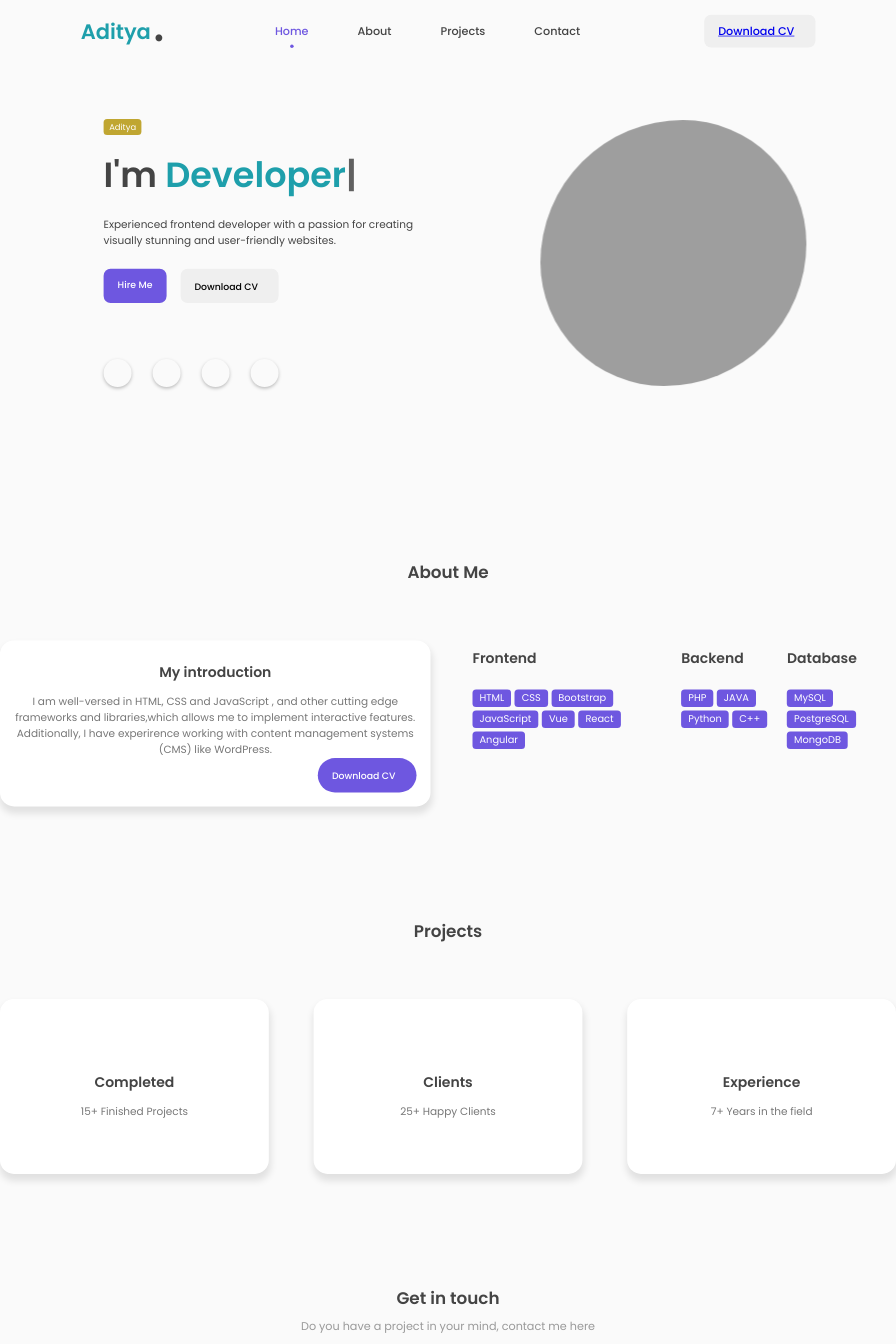
Repository: 4Kbrain/Portofolio
Page: index.html
An editor plug-in stored every save of this project. The page is shown before and after the next save, followed by the edit.
The browser window is 1280 px wide. The pictures show the part of the page from y = 0 to 1920 px (the page is 2767 px tall), at 70% of full size.
Pictures or frames that could not be fetched are drawn as grey boxes. Some icons come from a web library that is not loaded, so they are not drawn.

Above is the page before, as saved 2024-05-15 08:59:52.

### index.html
<!DOCTYPE html>
<html lang="en">

<head>
    <meta charset="UTF-8">
    <meta name="viewport" content="width=device-width, initial-scale=1.0">
    <link rel="stylesheet" href="https://unicons.iconscout.com/release/v4.0.8/css/line.css">
    <link rel="stylesheet" href="assets/css/style.css">
    <link rel="shortcut icon" href="assets/images/favicon.png" type="image/x-icon">

    <title>Portfolio | Aditya</title>
</head>

<body>
    <div class="container">
        <!-- header -->
        <nav id="header">
            <div class="nav-logo">
                <p class="nav-name">Aditya</p>
                <span>.</span>
            </div>
            <div class="nav-menu" id="myNavMenu">
                <ul class="nav_menu_list">
                    <li class="nav_list">
                        <a href="#home" class="nav-link active-link">Home</a>
                        <div class="circle"></div>
                    </li>
                    <li class="nav_list">
                        <a href="#about" class="nav-link">About</a>
                        <div class="circle"></div>
                    </li>
                    <li class="nav_list">
                        <a href="#projects" class="nav-link">Projects</a>
                        <div class="circle"></div>
                    </li>
                    <li class="nav_list">
                        <a href="#contact" class="nav-link">Contact</a>
                        <div class="circle"></div>
                    </li>
                </ul>
            </div>
            <div class="nav-button">
                <a id="downloadCVButton" href="assets/CV/Aditya%20CV.pdf" download="CV.pdf" class="btn">Download CV <i
                        class="uil uil-file-alt"></i></a>
            </div>
            <div class="nav-menu-btn">
                <i class="uil uil-bars" onclick="myMenuFunction()"></i>
            </div>
        </nav>


        <!-- -------------- MAIN ---------------- -->
        <main class="wrapper">
            <!-- -------------- FEATURED BOX ---------------- -->
            <section class="featured-box" id="home">
                <div class="featured-text">
                    <div class="featured-text-card">
                        <span>Aditya</span>
                    </div>
                    <div class="featured-name">
                        <p>I'm <span class="typedText"></span></p>
                    </div>
                    <div class="featured-text-info">
                        <p>Experienced frontend developer with a passion for creating visually stunning
                            and user-friendly websites.
                        </p>
                    </div>
                    <div class="featured-text-btn">
                        <button class="btn blue-btn">Hire Me</button>
                        <button class="btn">Download CV <i class="uil uil-file-alt"></i></button>
                    </div>
                    <div class="social_icons">
                        <div class="icon"><a href="https://instagram.com"><i class="uil uil-instagram"></i></a></div>
                        <div class="icon"><a href="https://linkedin.com"><i class="uil uil-linkedin-alt"></i></a></div>
                        <div class="icon"><a href="https://dribbble.com"><i class="uil uil-dribbble"></i></a></div>
                        <div class="icon"><a href="https://github.com/4Kbrain"><i class="uil uil-github-alt"></i></a></div>

                    </div>
                </div>
                <div class="featured-image">
                    <div class="image">
                        <img src="assets/images/avatar.png" alt="avatar">
                    </div>
                </div>
                <!-- <div c
         -->
    </div>

    </section>
    <!-- -------------- ABOUT BOX ---------------- -->
    <section class="section" id="about">
        <div class="top-header">
            <h1>About Me</h1>
        </div>
        <div class="row">
            <div class="col">
                <div class="about-info">
                    <h3>My introduction</h3>
                    <p>I am well-versed in HTML, CSS and JavaScript , and other cutting edge
                        frameworks and libraries,which allows me to implement interactive features.
                        Additionally, I have experirence working with content management systems (CMS) like
                        WordPress.
                    </p>
                    <div class="about-btn">
                        <button class="btn">Download CV <i class="uil uil-import"></i></button>
                    </div>
                </div>
            </div>
            <div class="col">
                <div class="skills-box">
                    <div class="skills-header">
                        <h3>Frontend</h3>
                    </div>
                    <div class="skills-list">
                        <span>HTML</span>
                        <span>CSS</span>
                        <span>Bootstrap</span>
                        <span>JavaScript</span>
                        <span>Vue</span>
                        <span>React</span>
                        <span>Angular</span>
                    </div>
                </div>
                <div class="skills-box">
                    <div class="skills-header">
                        <h3>Backend</h3>
                    </div>
                    <div class="skills-list">
                        <span>PHP</span>
                        <span>JAVA</span>
                        <span>Python</span>
                        <span>C++</span>
                    </div>
                </div>
                <div class="skills-box">
                    <div class="skills-header">
                        <h3>Database</h3>
                    </div>
                    <div class="skills-list">
                        <span>MySQL</span>
                        <span>PostgreSQL</span>
                        <span>MongoDB</span>
                    </div>
                </div>
            </div>
        </div>
    </section>

    <!-- -------------- PROJECT BOX ---------------- -->

    <section class="section" id="projects">
        <div class="top-header">
            <h1>Projects</h1>
        </div>
        <div class="project-container">
            <div class="project-box">
                <i class="uil uil-briefcase-alt"></i>
                <h3>Completed</h3>
                <label>15+ Finished Projects</label>
            </div>
            <div class="project-box">
                <i class="uil uil-users-alt"></i>
                <h3>Clients</h3>
                <label>25+ Happy Clients</label>
            </div>
            <div class="project-box">
                <i class="uil uil-award"></i>
                <h3>Experience</h3>
                <label>7+ Years in the field</label>
            </div>
        </div>
    </section>

    <!-- -------------- CONTACT BOX ---------------- -->

    <section class="section" id="contact">
        <div class="top-header">
            <h1>Get in touch</h1>
            <span>Do you have a project in your mind, contact me here</span>
        </div>
        <div class="row">
            <div class="col">
                <div class="contact-info">
                    <h2>Find Me <i class="uil uil-corner-right-down"></i></h2>
                    <p><i class="uil uil-envelope"></i> Email: john@Aditya.com</p>
                    <p><i class="uil uil-phone"></i> Tel: +250 708 770 000</p>
                </div>
            </div>
            <div class="col">
                <div class="form-control">
                    <div class="form-inputs">
                        <input type="text" class="input-field" placeholder="Name">
                        <input type="text" class="input-field" placeholder="Email">
                    </div>
                    <div class="text-area">
                        <textarea placeholder="Message"></textarea>
                    </div>
                    <div class="form-button">
                        <button class="btn">Send <i class="uil uil-message"></i></button>
                    </div>
                </div>
            </div>
        </div>
    </section>

    </main>


    <!-- --------------- FOOTER --------------- -->
    <footer>
        <div class="top-footer">
            <p>Aditya .</p>
        </div>
        <div class="middle-footer">
            <ul class="footer-menu">
                <li class="footer_menu_list">
                    <a href="#home">Home</a>
                </li>
                <li class="footer_menu_list">
                    <a href="#about">About</a>
                </li>
                <li class="footer_menu_list">
                    <a href="#projects">Projects</a>
                </li>
                <li class="footer_menu_list">
                    <a href="#contact">Contact</a>
                </li>
            </ul>
        </div>
        <div class="footer-social-icons">
            <div class="icon"><i class="uil uil-instagram"></i></div>
            <div class="icon"><i class="uil uil-linkedin-alt"></i></div>
            <div class="icon"><i class="uil uil-dribbble"></i></div>
            <div class="icon"><i class="uil uil-github-alt"></i></div>
        </div>
        <div class="bottom-footer">
            <p>Copyright &copy; <a href="#home" style="text-decoration: none;">Aditya</a> - All rights reserved</p>
        </div>
    </footer>

    </div>



    <script src="https://unpkg.com/typed.js@2.0.16/dist/typed.umd.js"></script>
    <script src="https://unpkg.com/scrollreveal"></script>
    <script src="assets/js/script.js"></script>
</body>

</html>

### assets/css/style.css
/* ----- POPPINS FONT Link ----- */
@import url('https://fonts.googleapis.com/css2?family=Poppins:wght@400;500;600;700&display=swap');

/* ----- VARIABLES ----- */
:root{
    --body-color: rgb(250, 250, 250);
    --color-white: rgb(255, 255, 255);

    --text-color-second: rgb(68, 68, 68);
    --text-color-third: rgb(30, 159, 171);

    --first-color: rgb(110, 87, 224);
    --first-color-hover: rgb(40, 91, 212);

    --second-color: rgb(0, 201, 255);
    --third-color: rgb(192, 166, 49);
    --first-shadow-color: rgba(0, 0, 0, 0.1);

}

*{
    margin: 0;
    padding: 0;
    box-sizing: border-box;
    font-family: 'Poppins', sans-serif;
}

html{
    scroll-behavior: smooth;
}

/* webkit scrollbar */
::-webkit-scrollbar{
    width: 10px;
    border-radius: 25px;
}
::-webkit-scrollbar-track{
    background: #f1f1f1;
}
::-webkit-scrollbar-thumb{
    background: #ccc;
    border-radius: 30px;
}
::-webkit-scrollbar-thumb:hover{
    background: #bbb;
}


.btn{
    font-weight: 500;
    padding: 12px 20px;
    background: #efefef;
    border: none;
    border-radius: 10px;
    cursor: pointer;
    transition: .4s;
}
.btn>i{
    margin-left: 10px;
}
.btn:hover{
    background: var(--second-color);
    color: var(--color-white);
}

/* ----- GLOBAL ICONS DESIGN ----- */
i{
    font-size: 16px;
}

/* ------- BASE -------- */
body{
    background: var(--body-color);
    overflow-x: hidden;
}
.container{
    width: 100%;
    position: relative;
}

/* ----- NAVIGATION BAR ----- */
nav{
    position: fixed;
    display: flex;
    justify-content: space-between;
    width: 100%;
    height: 90px;
    line-height: 90px;
    background: var(--body-color);
    padding-inline: 9vw;
    transition: .3s;
    z-index: 100;
}
.nav-logo{
   position: relative;
}
.nav-name{
    font-size: 30px;
    font-weight: 600;
    color: var(--text-color-third);
}
.nav-logo span{
    position: absolute;
    top: -15px;
    right: -20px;
    font-size: 5em;
    color: var(--text-color-second);
}
.nav-menu, .nav_menu_list{
    display: flex;
}
.nav-menu .nav_list{
    list-style: none;
    position: relative;
}
.nav-link{
    text-decoration: none;
    color: var(--text-color-second);
    font-weight: 500;
    padding-inline: 15px;
    margin-inline: 20px;
}
.nav-menu-btn{
    display: none;
}
.nav-menu-btn i{
    font-size: 28px;
    cursor: pointer;
}
.active-link{
    position: relative;
    color: var(--first-color);
    transition: .3;
}
.active-link::after{
    content: '';
    position: absolute;
    left: 50%;
    bottom: -15px;
    transform: translate(-50%, -50%);
    width: 5px;
    height: 5px;
    background: var(--first-color);
    border-radius: 50%;
}


/* ----- WRAPPER DESIGN ----- */
.wrapper{
    padding-inline: 10vw;
}

/* ----- FEATURED BOX ----- */
.featured-box{
    position: relative;
    display: flex;
    height: 100vh;
    min-height: 700px;
}

/* ----- FEATURED TEXT BOX ----- */
.featured-text{
    position: relative;
    display: flex;
    justify-content: center;
    align-content: center;
    min-height: 80vh;
    flex-direction: column;
    width: 50%;
    padding-left: 20px;
}
.featured-text-card span{
    background: var(--third-color);
    color: var(--color-white);
    padding: 3px 8px;
    font-size: 12px;
    border-radius: 5px;
}
.featured-name{
    font-size: 50px;
    font-weight: 600;
    color: var(--text-color-second);
    margin-block: 20px;
}
.typedText{
    text-transform: capitalize;
    color: var(--text-color-third);
}
.featured-text-info{
    font-size: 15px;
    margin-bottom: 30px;
    color: var(--text-color-second);
}
.featured-text-btn{
    display: flex;
    gap: 20px;
}
.featured-text-btn>.blue-btn{
    background: var(--first-color);
    color: var(--color-white);
}
.featured-text-btn>.blue-btn:hover{
    background: var(--first-color-hover);
}
.social_icons{
    display: flex;
    margin-top: 5em;
    gap: 30px;
}
.icon{
    display: flex;
    justify-content: center;
    align-items: center;
    width: 40px;
    height: 40px;
    border-radius: 50%;
    box-shadow: 0px 2px 5px 0px rgba(0, 0, 0, 0.25);
    cursor: pointer;
}
.icon:hover{
    color: var(--first-color);
}

/* ----- FEATURED IMAGE BOX ----- */
.featured-image{
    display: flex;
    justify-content: right;
    align-content: center;
    min-height: 80vh;
    width: 50%;
}
.image{
    margin: auto 0;
    width: 380px;
    height: 380px;
    border-radius: 55% 45% 55% 45%;
    overflow: hidden;
    animation: imgFloat 7s ease-in-out infinite;
}
.image img{
    width: 380px;
    height: 380px;
    object-fit: cover;
}
@keyframes imgFloat {
    50%{
        transform: translateY(10px);
        border-radius: 45% 55% 45% 55%;
    }
}
.scroll-btn{
   position: absolute;
   bottom: 0;
   left: 50%;
   translate: -50%;
   display: flex;
   justify-content: center;
   align-items: center;
   width: 150px;
   height: 50px;
   gap: 5px;
   text-decoration: none;
   color: var(--text-color-second);
   background: var(--color-white);
   border-radius: 30px;
   box-shadow: 0 2px 5px 0 rgba(0, 0, 0, 0.25);
}
.scroll-btn i{
    font-size: 20px;
}

/* ----- MAIN BOX ----- */
.section{
    padding-block: 5em;
}
.row{
    display: flex;
    justify-content: space-between;
    width: 100%;
    gap: 50px;
}
.col{
    display: flex;
    width: 50%;
}

/* -- ## --- RESUABLE CSS -- ## -- */
.top-header{
    text-align: center;
    margin-bottom: 5em;
}
.top-header h1{
    font-weight: 600;
    color: var(--text-color-second);
    margin-bottom: 10px;
}
.top-header span{
    color: #999;
}
h3{
    font-size: 20px;
    font-weight: 600;
    color: var(--text-color-second);
    margin-bottom: 15px;
}

/* ----- ABOUT INFO ----- */
.about-info{
    position: relative;
    display: flex;
    align-items: center;
    flex-direction: column;
    padding-block: 30px 70px;
    padding-inline: 20px;
    width: 100%;
    background: var(--color-white);
    box-shadow: 1px 8px 10px 2px var(--first-shadow-color);
    border-radius: 20px;
}
.about-info p{
    text-align: center;
    font-size: 15px;
    color: #777;
}
.about-btn button{
    position: absolute;
    right: 20px;
    bottom: 20px;
    background: var(--first-color);
    color: var(--color-white);
    border-radius: 30px;
}
.about-btn button:hover{
    background: var(--first-color-hover);
}

/* ----- ABOUT / SKILLS BOX ----- */
.skills-box{
    margin: 10px;
}
.skills-header{
    margin-bottom: 30px;
}
.skills-list{
    display: flex;
    flex-wrap: wrap;
    gap: 5px;
}
.skills-list span{
    font-size: 14px;
    background: var(--first-color);
    color: var(--color-white);
    padding: 2px 10px;
    border-radius: 5px;
}

/* ----- PROJECTS BOX ----- */
.project-container{
    display: flex;
    width: 100%;
    justify-content: space-between;
    gap: 20px;
    flex-wrap: wrap;
}
.project-box{
    position: relative;
    display: flex;
    justify-content: center;
    align-items: center;
    flex-direction: column;
    width: 30%;
    height: 250px;
    background: var(--color-white);
    border-radius: 20px;
    box-shadow: 1px 8px 10px 2px var(--first-shadow-color);
    overflow: hidden;
}
.project-box>i{
    font-size: 50px;
    color: #00B5E7;
    margin-bottom: 25px;
}
.project-box label{
    font-size: 15px;
    color: #777;
}
.project-box::after, .contact-info::after{
    content: "";
    position: absolute;
    bottom: -100%;
    background: var(--second-color);
    width: 100%;
    height: 100%;
    transition: .4s;
    z-index: 1;
}
.project-box:hover.project-box::after,
.contact-info:hover.contact-info::after{
    bottom: 0;
}
.project-box:hover.project-box i,
.project-box:hover.project-box>h3,
.project-box:hover.project-box>label{
    color: var(--color-white);
    z-index: 2;
}

/* ----- CONTACT BOX ----- */
.contact-info{
    position: relative;
    display: flex;
    flex-direction: column;
    justify-content: center;
    align-items: center;
    padding: 20px 30px;
    width: 100%;
    height: 315px;
    background: var(--second-color);
    border-radius: 10px;
    box-shadow: 1px 8px 10px 2px var(--first-shadow-color);
    overflow: hidden;
}
.contact-info>h2{
    color: var(--color-white);
    margin-bottom: 20px;
}
.contact-info>p{
    display: flex;
    align-items: center;
    gap: 10px;
    color: var(--color-white);
    margin-block: 5px;
}
.contact-info p>i{
    font-size: 18px;
}
.contact-info::after{
    background: var(--color-white);
}
.contact-info:hover.contact-info h2,
.contact-info:hover.contact-info p,
.contact-info:hover.contact-info i{
    color: #777;
    z-index: 2;
}

/* ----- CONTACT FORM ----- */
.form-control{
    display: flex;
    flex-direction: column;
    gap: 10px;
    width: 100%;
}
.form-inputs{
    display: flex;
    gap: 10px;
    width: 100%;
}
.input-field{
    width: 50%;
    height: 55px;
    background: transparent;
    border: 2px solid #AAA;
    border-radius: 10px;
    padding-inline: 20px;
    outline: none;
}
textarea{
    width: 100%;
    height: 250px;
    background: transparent;
    border: 2px solid #AAA;
    border-radius: 10px;
    padding: 15px 20px;
    outline: none;
    resize: none;
}
.form-button>.btn{
    display: flex;
    align-items: center;
    justify-content: center;
    background: var(--second-color);
    color: var(--color-white);
}
.form-button>.btn:hover{
    background: #00B5E7;
}
.form-button i{
    font-size: 18px;
    rotate: -45deg;
}

/* ----- FOOTER BOX ----- */
footer{
    display: flex;
    justify-content: center;
    align-items: center;
    flex-direction: column;
    row-gap: 30px;
    background: #F8F8F8;
    padding-block: 40px 60px;
}
.top-footer p{
    font-size: 25px;
    font-weight: 600;
}
.middle-footer .footer-menu{
    display: flex;
}
.footer_menu_list{
    list-style: none;
}
.footer_menu_list a{
    text-decoration: none;
    color: var(--text-color-second);
    font-weight: 500;
    margin-inline: 20px;
}
.footer-social-icons{
    display: flex;
    gap: 30px;
}
.bottom-footer{
    font-size: 14px;
    margin-top: 10px;
}


/* ----- MEDIA QUERY == 1024px / RESPONSIVE ----- */
@media only screen and (max-width: 1024px){
    .featured-text{
        padding: 0;
    }
    .image, .image img{
        width: 320px;
        height: 320px;
    }
}

/* ----- MEDIA QUERY == 900px / RESPONSIVE ----- */
@media only screen and (max-width: 900px) {
    .nav-button{
        display: none;
    }
    .nav-menu.responsive{
        left: 0;
    }
    .nav-menu{
        position: fixed;
        top: 80px;
        left: -100%;
        flex-direction: column;
        justify-content: center;
        align-items: center;
        background: rgba(255, 255, 255, 0.7);
        backdrop-filter: blur(20px);
        width: 100%;
        min-height: 450px;
        height: 90vh;
        transition: .3s;
    }
    .nav_menu_list{
        flex-direction: column;
    }
    .nav-menu-btn{
        display: flex;
        align-items: center;
        justify-content: center;
    }
    .featured-box{
        flex-direction: column;
        justify-content: center;
        height: 100vh;
    }
    .featured-text{
        width: 100%;
        order: 2;
        justify-content: center;
        align-content: flex-start;
        min-height: 60vh;
    }
    .social_icons{
        margin-top: 2em;
    }
    .featured-image{
        order: 1;
        justify-content: center;
        min-height: 150px;
        width: 100%;
        margin-top: 65px;
    }
    .image, .image img{
        width: 150px;
        height: 150px;
    }
    .row{
        display: flex;
        flex-direction: column;
        justify-content: center;
        gap: 50px;
    }
    .col{
        display: flex;
        justify-content: center;
        width: 100%;
    }
    .about-info, .contact-info{
        width: 100%;
    }
    .project-container{
        justify-content: center;
    }
    .project-box{
        width: 80%;
    }

}

/* ----- MEDIA QUERY == 540px / RESPONSIVE ----- */

@media only screen and (max-width: 540px){
    .featured-name{
        font-size: 40px;
    }
    .project-box{
        width: 100%;
    }
    .form-inputs{
        flex-direction: column;
    }
    .input-field{
        width: 100%;
    }
}

Loaded but not shown: assets/js/script.js (129 lines, source omitted)

After the next save:
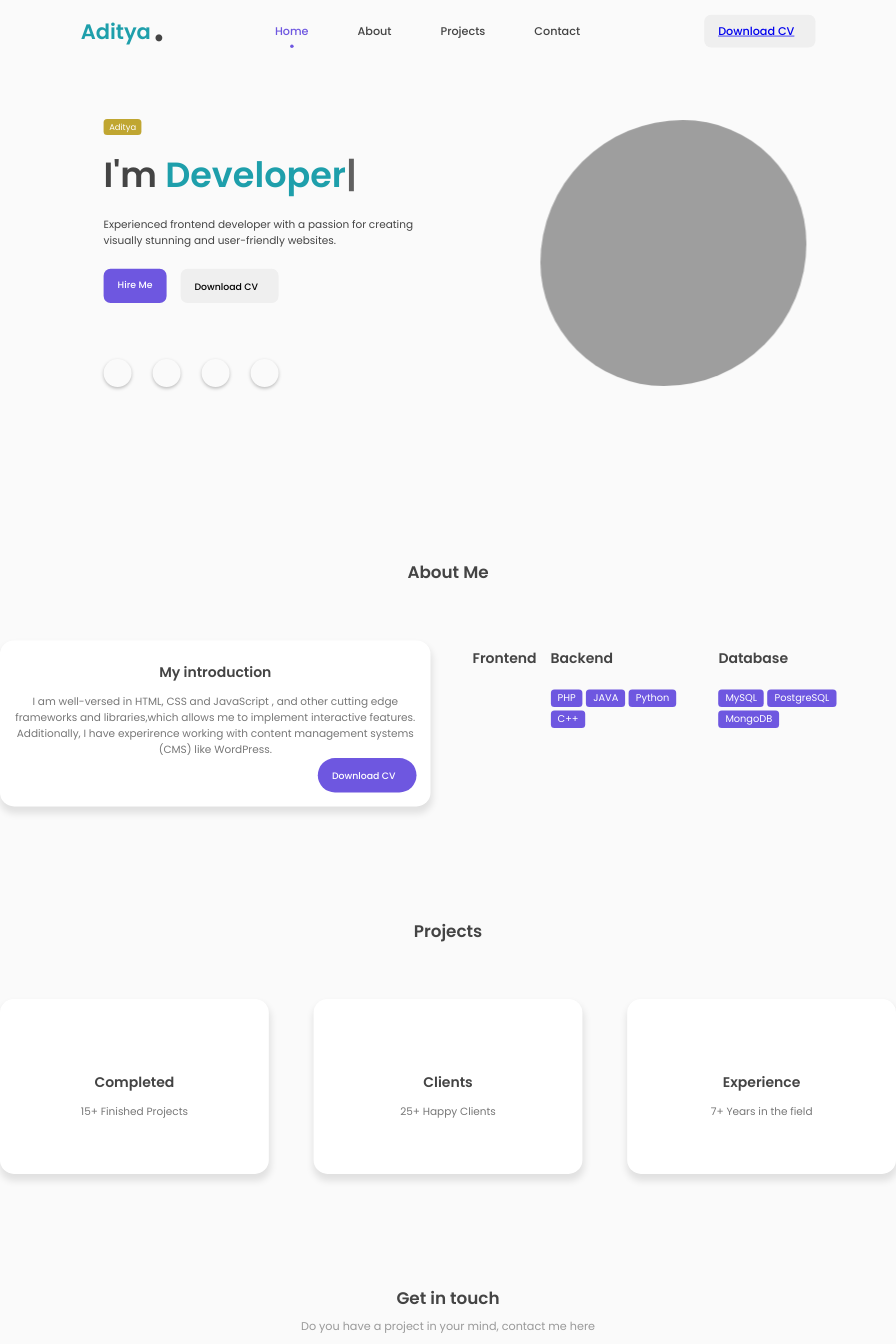
Saved 54 s later.
--- a/index.html
+++ b/index.html
@@ -112,14 +112,13 @@
                         <h3>Frontend</h3>
                     </div>
                     <div class="skills-list">
-                        <span>HTML</span>
-                        <span>CSS</span>
-                        <span>Bootstrap</span>
-                        <span>JavaScript</span>
-                        <span>Vue</span>
-                        <span>React</span>
-                        <span>Angular</span>
-                    </div>
+                        <i class="fab fa-html5"></i>
+                        <i class="fab fa-css3-alt"></i>
+                        <i class="fab fa-bootstrap"></i>
+                        <i class="fab fa-js"></i>
+                        <!-- Add the appropriate class for Vue, React, Angular icons -->
+                    </div>
+
                 </div>
                 <div class="skills-box">
                     <div class="skills-header">
